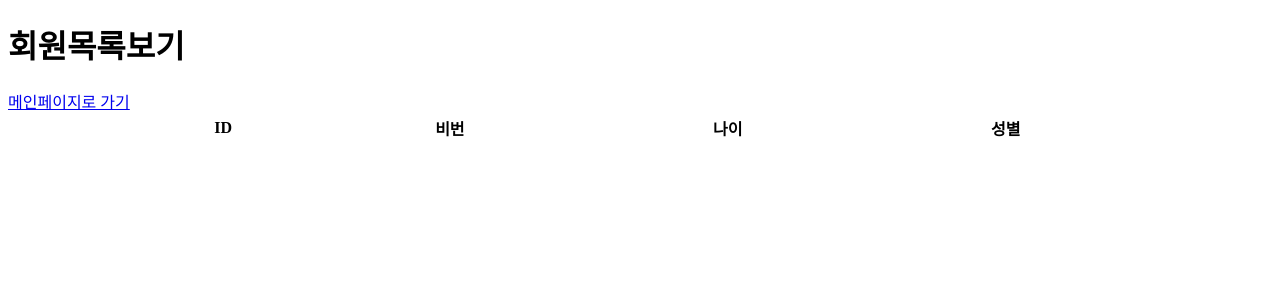
Repository: emthrology/servertest
Page: http://localhost/practices/callList
These files come from the project's save history. The page is drawn as it stood at one moment and after the next save; the edit follows.
The browser window is 1280 px wide. The pictures show the whole page.
The page is served by Tomcat 9. Queries for data that is not in the repository find no rows.

Above is the page before, as saved 2019-05-17 05:48:22.

After the next save:
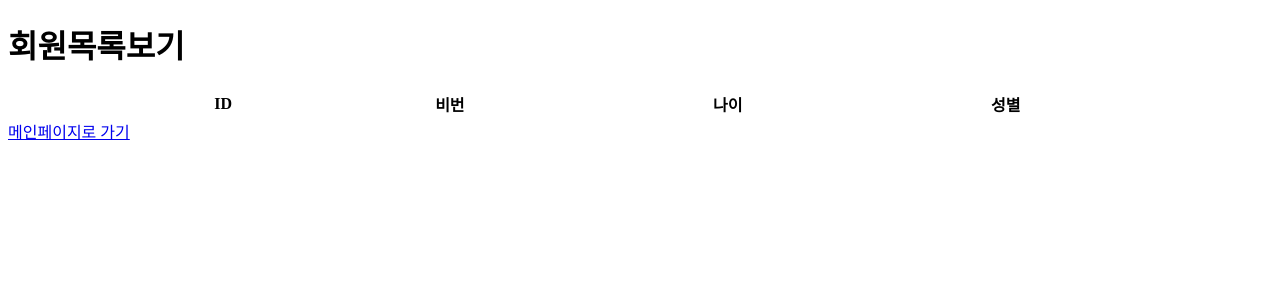
Saved 30 s later.
--- a/apache/practices/WebContent/WEB-INF/views/member/memberList.jsp
+++ b/apache/practices/WebContent/WEB-INF/views/member/memberList.jsp
@@ -21,7 +21,7 @@
 				<td>${m1.sexualable }</td>
 			</tr>
 		</c:forEach>
-		<a href="/">메인페이지로 가기</a>
 	</table>
+	<a href="/">메인페이지로 가기</a>
 </body>
 </html>
